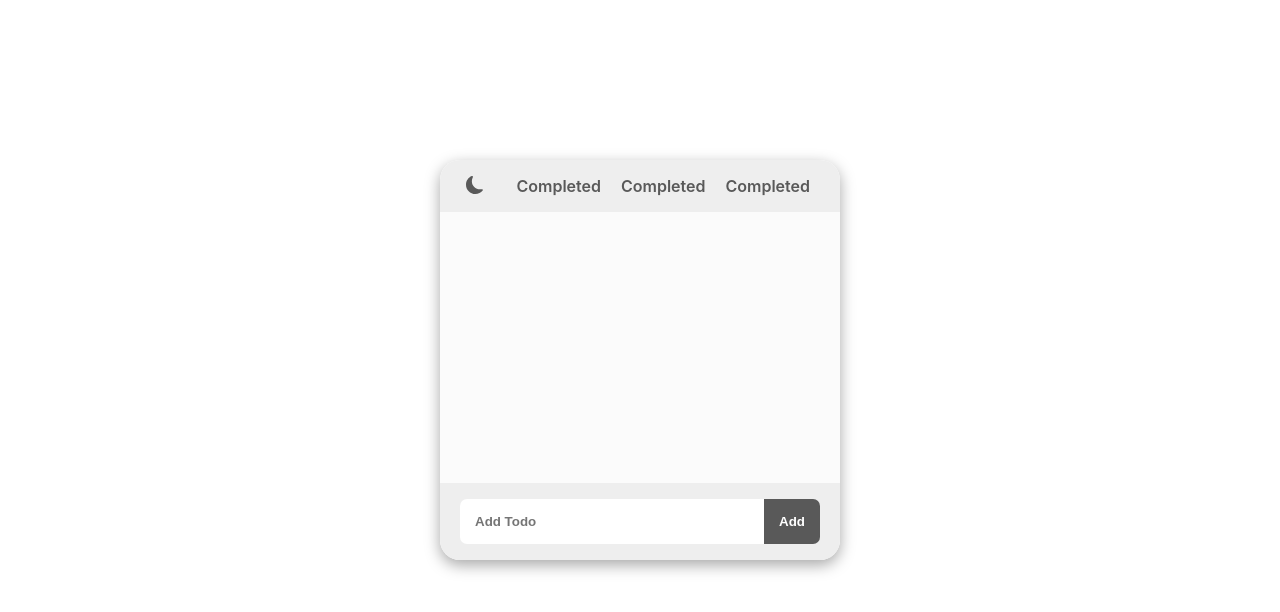
Repository: momo0170/react_todolist
Page: /
An editor plug-in stored every save of this project. The page is shown before and after the next save, followed by the edit.
The browser window is 1280 px wide. The pictures show the whole page.
The project was rebuilt for these pictures with package versions that can differ from the ones it lists, and the page was loaded fresh each time. Also part of the build but not shown: src/css/Todo.module.css, src/components/Main/Todo.jsx.

Above is the page before, as saved 2022-11-09 14:32:12.

After the next save:
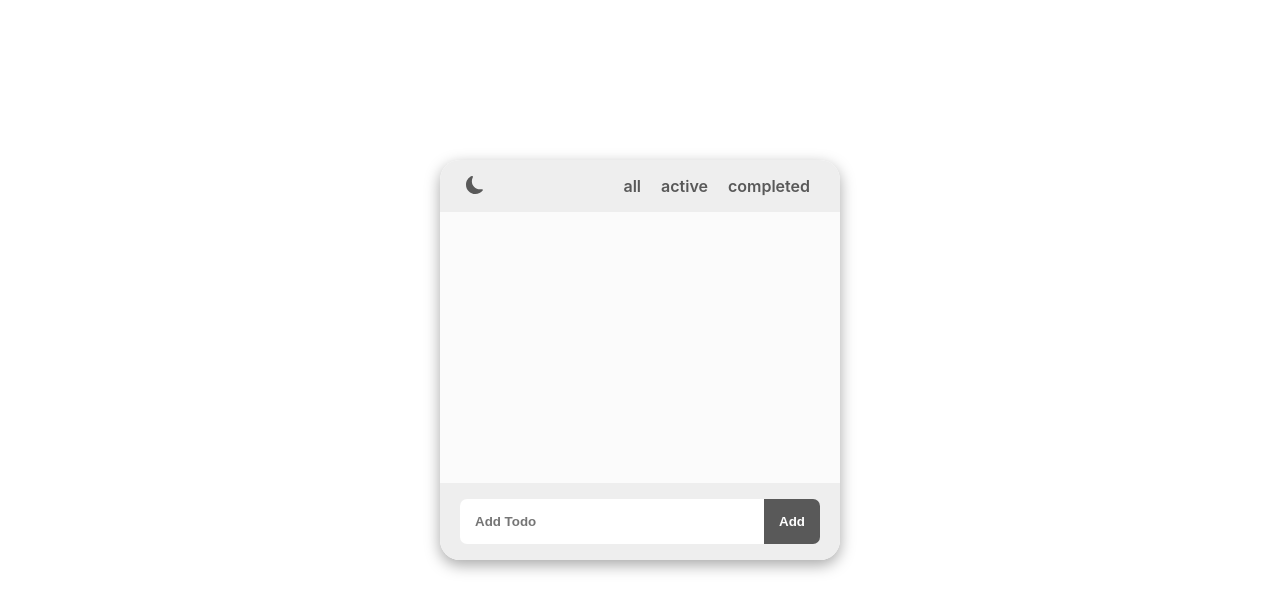
Saved 16 s later.
--- a/src/components/Header/Header.jsx
+++ b/src/components/Header/Header.jsx
@@ -38,7 +38,7 @@ export default function Header({
             style={darkMode ? { color: '#DEDEDE' } : { color: '#595959' }}
             key={index}
           >
-            Completed
+            {value}
           </li>
         ))}
       </ul>
